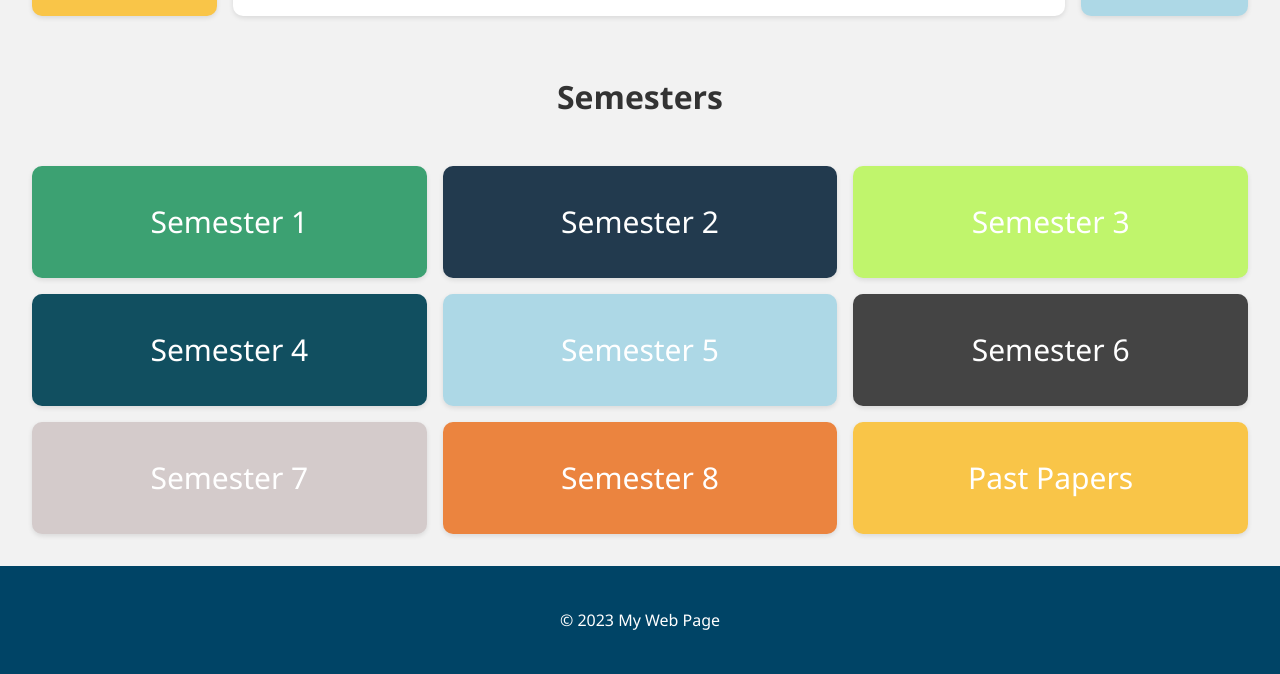
Repository: MariamSawera/eduNova
Page: index.html
These files come from the project's save history. The page is drawn as it stood at one moment and after the next save; the edit follows.
The browser window is 1280 px wide. The pictures show the part of the page from y = 1042 to 1716 px (the page is 1716 px tall before and 1703 px after).

Above is the page before, as saved 2025-07-21 21:39:06.

### index.html
<html>
<head>
    <title>My Web Page</title>
    <meta charset="UTF-8">
    <meta name="viewport" content="width=device-width, initial-scale=1.0">
    <link rel="stylesheet" href="styles.css">
    <script src="script.js"></script>

</head>
<body>
  <nav>
    <div class="logo">ClassHub</div>
    <ul>
      <li><a href="index.html">Home</a></li>
      <li><a href="semesters.html">Semesters</a></li>
      <li><a href="subjects.html">Subjects</a></li>
      <li><a href="books.html">Books</a></li>
      <li><a href="resources.html">Resources</a></li>
      <li><a href="assignments.html">Assignments</a></li>
      <li><a href="events.html">Events</a></li>
      <li><a href="contact.html">Contact</a></li>
      <!-- <li><a href="#">Announcements</a></li> -->
      <li><a href="login.html">Login</a></li>
    </ul>
  </nav>

  <!-- Hero Section -->
  <div class="hero">
    <h1 id="welcome">Hello, Guest 👋</h1>
    <input type="text" id="nameInput" placeholder="Enter your name" oninput="updateName()" />
  </div>

  <!-- Dashboard Section -->
  <div class="dashboard" >
    <!-- Announcements -->
    <div class="card" style="background-color: #F9C548	">
      <h3>📢 Announcements</h3>
      <ul>
        <li>Assignment Web development due 31 July</li>
        <li>Classes starting from 15 Aug</li>
        <li>Movie Day at University Oct 15</li>
      </ul>
    </div>

    <!-- Calendar -->
    <div class="card" >
      <h3>📅 Calendar</h3>
      <p>All the events and updates have been marked in calender.</p>
      <iframe src="https://calendar.google.com/calendar/embed?src=onlinelearningrecordings%40gmail.com&ctz=Asia%2FKarachi" style="border: 0" width="800" height="600" frameborder="0" scrolling="no"></iframe>    </div>

    <!-- Online Users -->
    <div class="card" style="background-color: lightblue;">
      <h3>🟢 Online Users</h3>
      <ul>
        <li>Mariam</li>
        <li>Sidra</li>
        <li>Alishba</li>
      </ul>
    </div>
  </div>

  <!-- Quick Material Access -->
   <h2 class="heading">Semesters</h2>
  <div class="quick-links">
    <div class="link-card"  style="background-color: #3CA172;"><a href="semester1.html">Semester 1</a></div>
    <div class="link-card" style="background-color: #223A4E;"><a href="semester2.html"> Semester 2</a></div>
    <div class="link-card" style="background-color:  rgb(192, 245, 108);"><a href="semester3.html">Semester 3</a></div>
    <div class="link-card" style="background-color: #114F60;"><a href="semester4.html"> Semester 4</a></div>
    <div class="link-card" style="background-color: lightblue;"><a href="semester5.html"> Semester 5</a></div>
    <div class="link-card" style="background-color: #444444"><a href="semester6.html">Semester 6</a></div>
    <div class="link-card" style="background-color: #d4cbcb;"><a href="semester7.html"> Semester 7</a></div>
    <div class="link-card" style="background-color: #eb843f;"><a href="semester8.html">Semester 8</a></div>
    <div class="link-card" style="background-color: #F9C548;"><a href=""> Past Papers</a></div>
    <!-- <div class="link-card" style="background-color: #3CA172;"><a href="">🔗 Important Links</a></div> -->
  </div>



    </body>

    <footer class="footer">
        <p>&copy; 2023 My Web Page</p>
    </footer>
</html>

### styles.css
    body {
      margin: 0;
      font-family: 'Segoe UI', sans-serif;
      background: #f2f2f2;
        /* background-color: #B3DDF0; */

    }

    nav {
      background-color: #004466;
      color: white;
      padding: 1rem;
      display: flex;
      justify-content: space-between;
      align-items: center;
    }

    nav .logo {
      font-size: 1.5rem;
      font-weight: bold;
    }

    a {
        text-decoration: none;
        color: inherit;
    }

    nav ul {
      list-style: none;
      display: flex;
      gap: 1rem;
    }

    nav ul li {
      display: inline;
    }

    nav ul li a {
      color: white;
      text-decoration: none;
    }


    .hero {
      /* background: linear-gradient(to right, #00aaff, #00ffcc); */
      background-image: url('./images/okokook.jpg');
      background-position: center;
      color: white;
      padding: 2rem;
      text-align: center;
      height: 20vh;
    }


    .hero input {
      padding: 0.5rem;
      border: none;
      border-radius: 5px;
      margin-top: 1rem;
      width: 200px;
    }

    .dashboard {
      display: grid;
      grid-template-columns: 1fr 1fr 1fr;
      gap: 1rem;
      padding: 2rem;
    }

    .card {
      background: white;
      padding: 1rem;
      border-radius: 10px;
      box-shadow: 0 2px 5px rgba(0,0,0,0.1);
    }

    .quick-links {
      padding: 2rem;
      display: grid;
      grid-template-columns: repeat(3, minmax(150px, 1fr));
      gap: 1rem;
    }

    .link-card{
      display: flex;
      justify-content: center;
      align-items: center;
      font-size: 30px;
      color: white;


    }

    .quick-links .link-card {
      background: white;
      text-align: center;
      padding: 1rem;
      border-radius: 10px;
      box-shadow: 0 2px 5px rgba(0,0,0,0.1);
      height: 80px;
    }

    .footer{
      background-color: #004466;
      display: flex;
      justify-content: center;
      align-items: center;
      color: white;
      height: 15vh;
    }

    .heading{
      color: #333;
      margin-bottom: 1rem;
      text-align: center;
      font-size: 2rem;
    }

### script.js
function updateName() {
      const name = document.getElementById('nameInput').value;
      const welcome = document.getElementById('welcome');
      if(name.trim()) {
        welcome.textContent = `Hello, ${name}! 👋`;
      } else {
        welcome.textContent = `Hello, Guest 👋`;
      }
    }

After the next save:
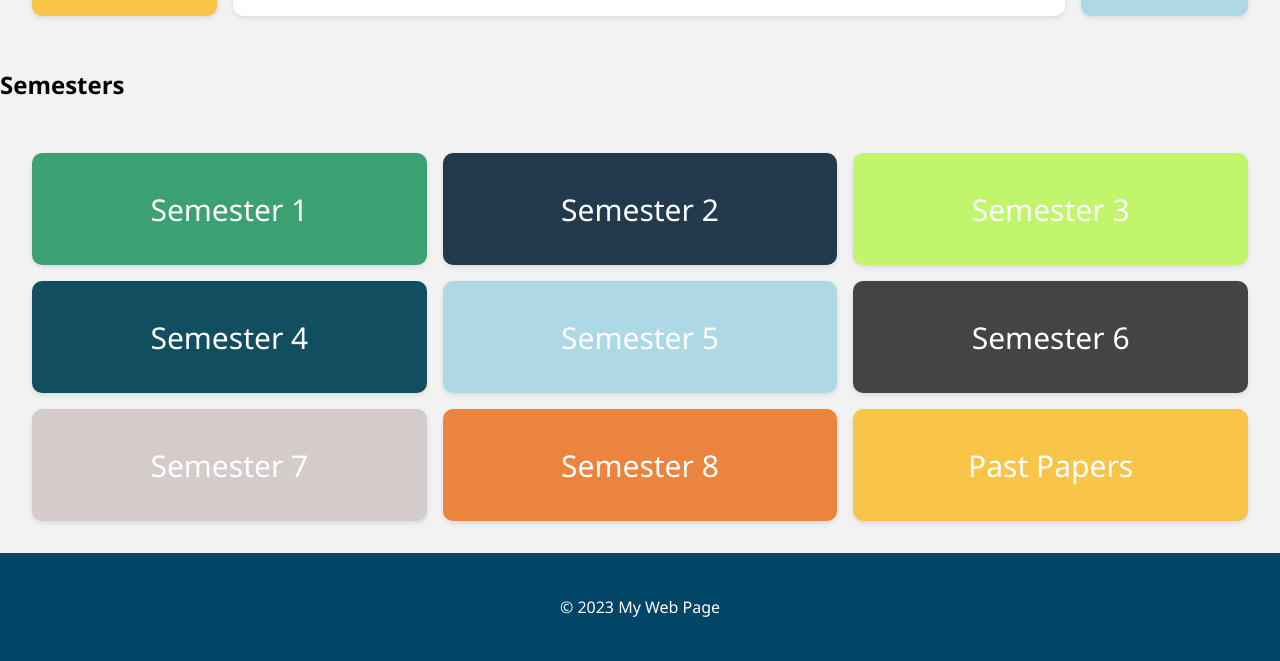
Saved 28 s later.
--- a/index.html
+++ b/index.html
@@ -60,7 +60,7 @@
   </div>
 
   <!-- Quick Material Access -->
-   <h2 class="heading">Semesters</h2>
+   <h2 id="semester">Semesters</h2>
   <div class="quick-links">
     <div class="link-card"  style="background-color: #3CA172;"><a href="semester1.html">Semester 1</a></div>
     <div class="link-card" style="background-color: #223A4E;"><a href="semester2.html"> Semester 2</a></div>

After the 2 saves that followed:
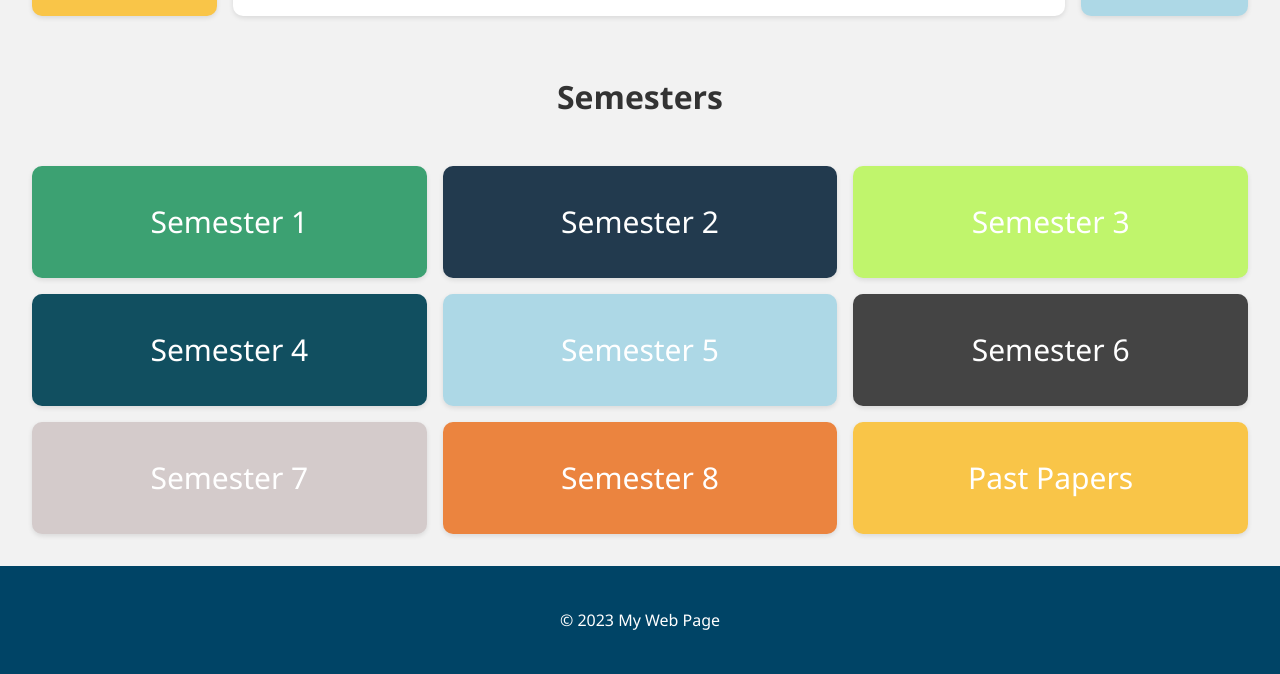
The 2 saves are shown as one change because 1 left the picture as it was.
The last was saved 61 s later.
--- a/index.html
+++ b/index.html
@@ -12,7 +12,7 @@
     <div class="logo">ClassHub</div>
     <ul>
       <li><a href="index.html">Home</a></li>
-      <li><a href="semesters.html">Semesters</a></li>
+      <li><a href="#semester">Semesters</a></li>
       <li><a href="subjects.html">Subjects</a></li>
       <li><a href="books.html">Books</a></li>
       <li><a href="resources.html">Resources</a></li>
@@ -60,7 +60,7 @@
   </div>
 
   <!-- Quick Material Access -->
-   <h2 id="semester">Semesters</h2>
+   <h2  class="heading" id="semester">Semesters</h2>
   <div class="quick-links">
     <div class="link-card"  style="background-color: #3CA172;"><a href="semester1.html">Semester 1</a></div>
     <div class="link-card" style="background-color: #223A4E;"><a href="semester2.html"> Semester 2</a></div>
